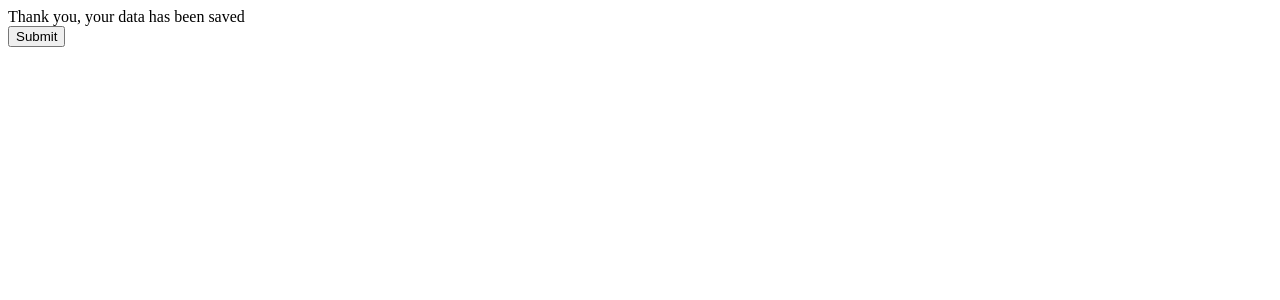
Repository: amittomar287/springbootbasics
Page: http://localhost/springJPA/ThankYou.jsp
These files come from the project's save history. The page is drawn as it stood at one moment and after the next save; the edit follows.
The browser window is 1280 px wide. The pictures show the whole page.
The page is served by Tomcat 9. Other server files are loaded and not shown.

Above is the page before, as saved 2022-08-06 05:15:16.

### springJPA/src/main/webapp/ThankYou.jsp
<%@ page language="java" contentType="text/html; charset=ISO-8859-1"
    pageEncoding="ISO-8859-1"%>
<!DOCTYPE html>
<html>
<head>
<meta charset="ISO-8859-1">
<title>Insert title here</title>
</head>
<body>

Thank you, your data has been saved

<form action="back">
<input type="submit" name="back"><br>
</form>

</body>
</html>

After the next save:
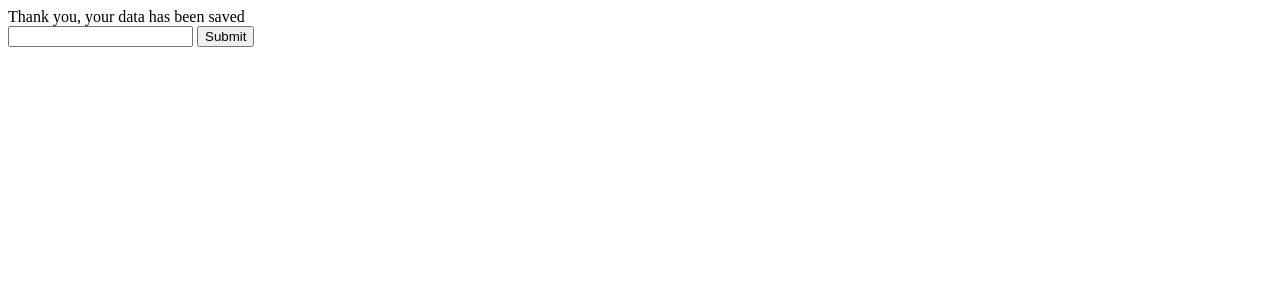
Saved 3 s later.
--- a/springJPA/src/main/webapp/ThankYou.jsp
+++ b/springJPA/src/main/webapp/ThankYou.jsp
@@ -11,6 +11,7 @@
 Thank you, your data has been saved
 
 <form action="back">
+<input type="text" name="Show By ID">
 <input type="submit" name="back"><br>
 </form>
 
